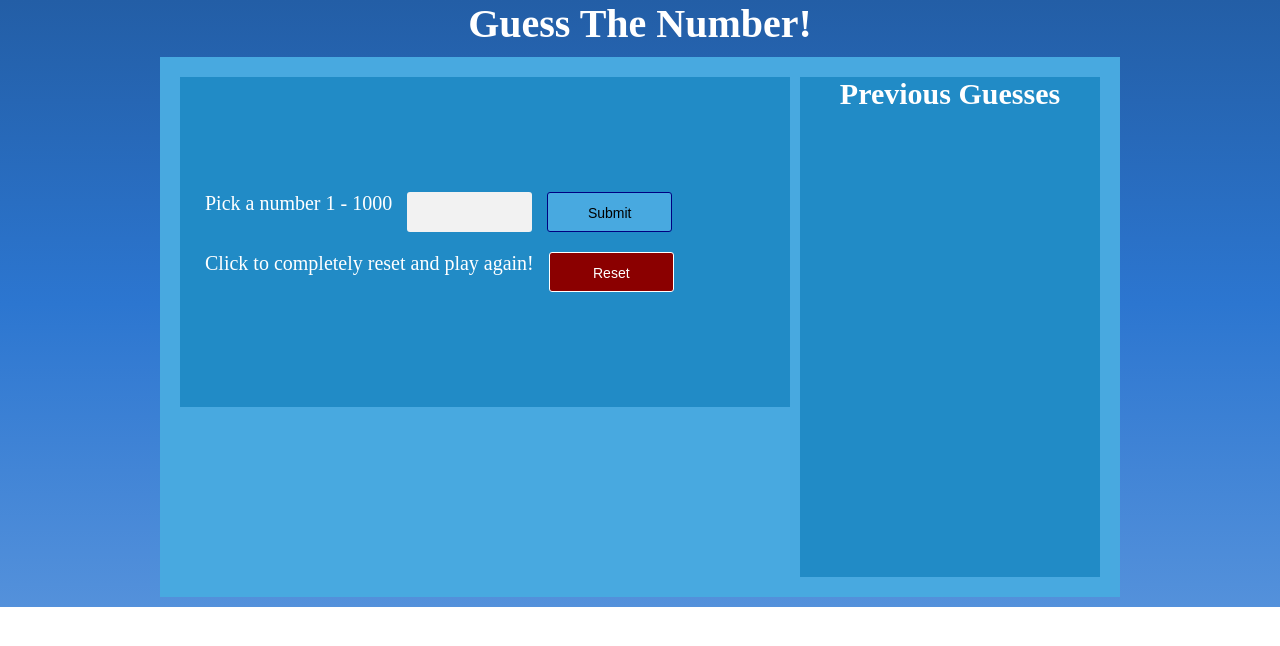
Repository: mlmEFSC21/P15-Modified-Guessing-Game
Page: guess.html
These files come from the project's save history. The page is drawn as it stood at one moment and after the next save; the edit follows.
The browser window is 1280 px wide. The pictures show the whole page.

Above is the page before, as saved 2022-03-21 21:36:58.

After the next save:
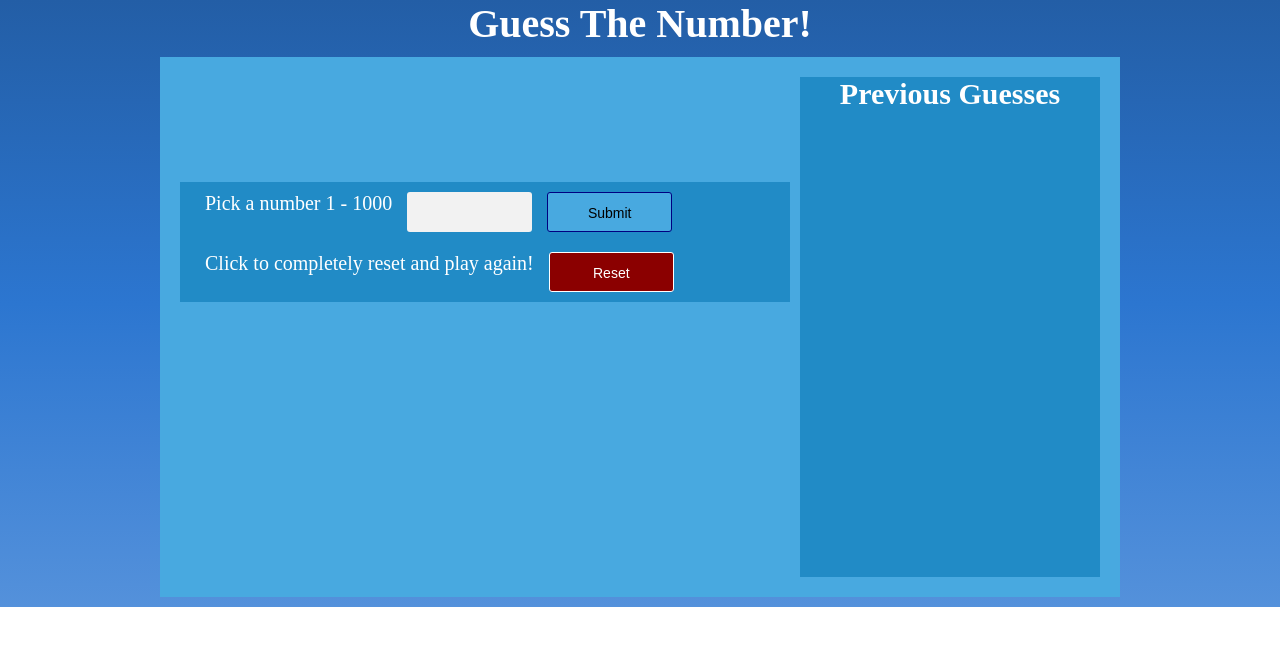
Saved 47 s later.
--- a/guess.css
+++ b/guess.css
@@ -44,7 +44,7 @@
     padding: 0 25px;
     grid-column: 1 / 3;
     grid-row: 1 / 3;
-    height: 100%;
+    /* height: 100%; */
     justify-content: center;
     align-items: center;
     text-align: center;

After the 3 saves that followed:
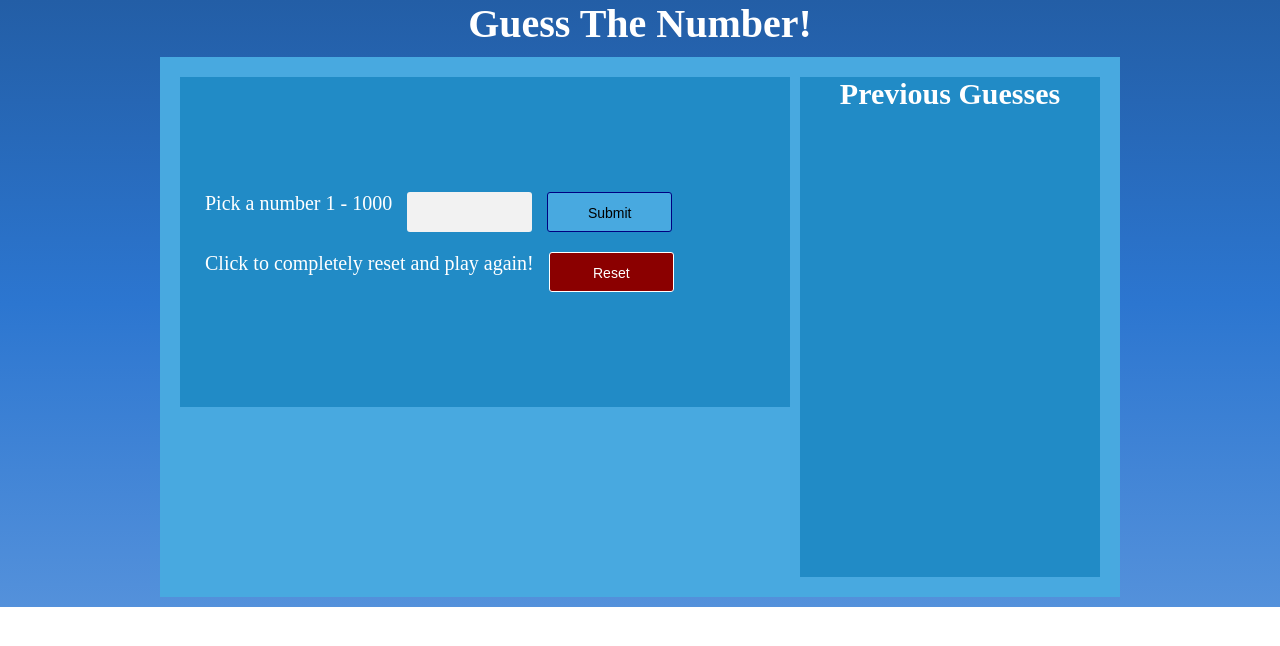
The 3 saves are shown as one change because they came seconds apart.
The last was saved 7 s later.
--- a/guess.css
+++ b/guess.css
@@ -44,7 +44,7 @@
     padding: 0 25px;
     grid-column: 1 / 3;
     grid-row: 1 / 3;
-    /* height: 100%; */
+    height: 100%;
     justify-content: center;
     align-items: center;
     text-align: center;
